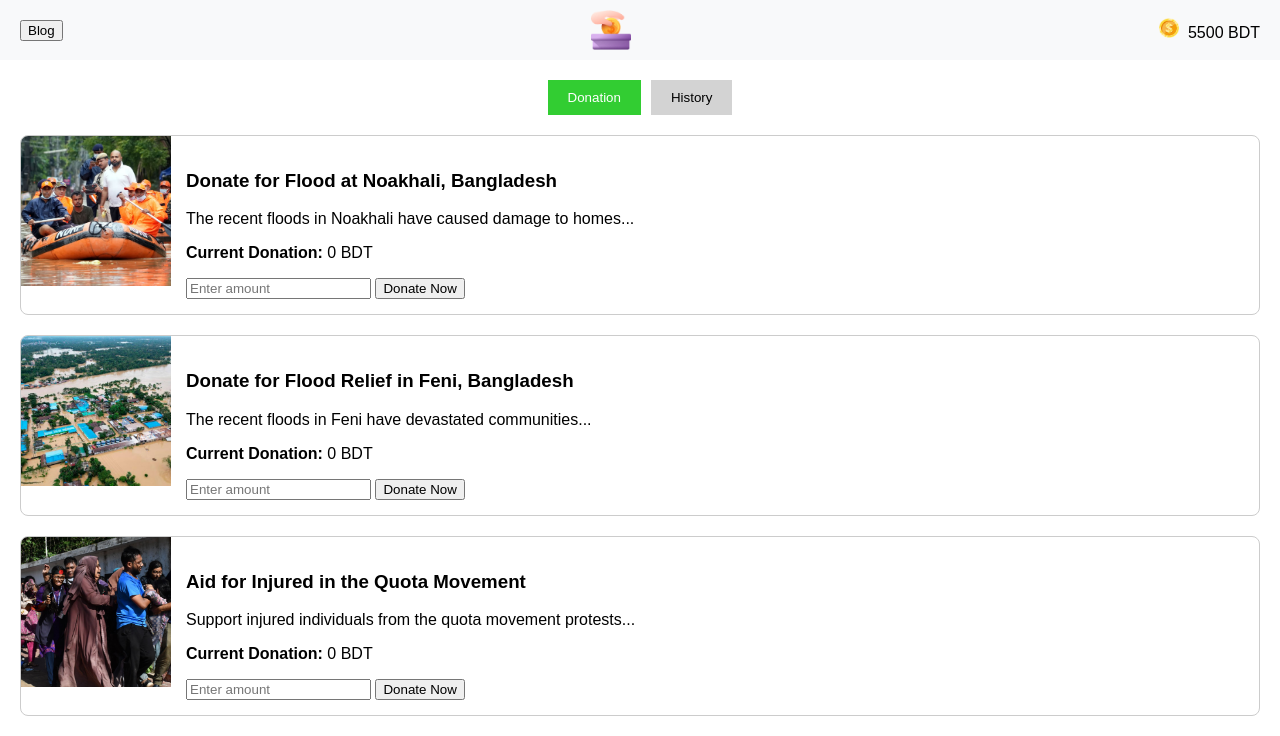
Repository: Aminul-Islam85/Assignment-5
Page: index.html
These files come from the project's save history. The page is drawn as it stood at one moment and after the next save; the edit follows.
The browser window is 1280 px wide. The pictures show the whole page.

Above is the page before, as saved 2024-12-06 18:44:39.

### index.html
<!DOCTYPE html>
<html lang="en">
<head>
  <meta charset="UTF-8">
  <meta name="viewport" content="width=device-width, initial-scale=1.0">
  <title>Donate Bangladesh</title>
  <link rel="stylesheet" href="style.css">
</head>
<body>
  <header class="navbar">
    <button class="btn" id="blog-btn">Blog</button>
    <img src="images/logo.png" alt="Logo" class="logo">
    <div class="balance">
      <img src="images/coin.png" alt="Coin" class="icon">
      <span id="account-balance">5500 BDT</span>
    </div>
  </header>

  <main>
    <div class="tabs">
      <button class="tab-btn active" id="donation-tab">Donation</button>
      <button class="tab-btn" id="history-tab">History</button>
    </div>

    <section id="donation-section">
      <!-- Card 1 -->
      <div class="card">
        <img src="images/noakhali.png" alt="Noakhali" class="card-img">
        <div class="card-content">
          <h3>Donate for Flood at Noakhali, Bangladesh</h3>
          <p>The recent floods in Noakhali have caused damage to homes...</p>
          <p><strong>Current Donation:</strong> <span id="noakhali-donation">0 BDT</span></p>
          <input type="number" id="noakhali-input" placeholder="Enter amount">
          <button class="donate-btn" data-id="noakhali">Donate Now</button>
        </div>
      </div>

      <!-- Card 2 -->
      <div class="card">
        <img src="images/feni.png" alt="Feni" class="card-img">
        <div class="card-content">
          <h3>Donate for Flood Relief in Feni, Bangladesh</h3>
          <p>The recent floods in Feni have devastated communities...</p>
          <p><strong>Current Donation:</strong> <span id="feni-donation">0 BDT</span></p>
          <input type="number" id="feni-input" placeholder="Enter amount">
          <button class="donate-btn" data-id="feni">Donate Now</button>
        </div>
      </div>

      <!-- Card 3 -->
      <div class="card">
        <img src="images/quota-protest.png" alt="Quota Protest" class="card-img">
        <div class="card-content">
          <h3>Aid for Injured in the Quota Movement</h3>
          <p>Support injured individuals from the quota movement protests...</p>
          <p><strong>Current Donation:</strong> <span id="quota-donation">0 BDT</span></p>
          <input type="number" id="quota-input" placeholder="Enter amount">
          <button class="donate-btn" data-id="quota">Donate Now</button>
        </div>
      </div>
    </section>

    <section id="history-section" class="hidden">
      <ul id="history-list"></ul>
    </section>
  </main>

  <div id="modal" class="hidden">
    <div class="modal-content">
      <h2>Congrats!</h2>
      <p>You have donated for humankind successfully.</p>
      <button id="close-modal">Close</button>
    </div>
  </div>

  <script src="script.js" defer></script>
</body>
</html>

### style.css
body {
    font-family: Arial, sans-serif;
    margin: 0;
    padding: 0;
  }

  .navbar {
    display: flex;
    justify-content: space-between;
    align-items: center;
    background: #f8f9fa;
    padding: 10px 20px;
    position: sticky;
    top: 0;
  }

  .logo {
    height: 40px;
  }

  .icon {
    height: 20px;
    margin-right: 5px;
  }

  .tabs {
    display: flex;
    justify-content: center;
    margin: 20px 0;
  }

  .tab-btn {
    margin: 0 5px;
    padding: 10px 20px;
    border: none;
    background: lightgray;
    cursor: pointer;
  }

  .tab-btn.active {
    background: limegreen;
    color: white;
  }

  .card {
    display: flex;
    margin: 20px;
    border: 1px solid #ccc;
    border-radius: 8px;
    overflow: hidden;
  }

  .card-img {
    width: 150px;
    height: 150px;
    object-fit: cover;
  }

  .card-content {
    padding: 15px;
    flex: 1;
  }

  .hidden {
    display: none !important;
  }

  #modal {
    position: fixed;
    top: 0;
    left: 0;
    right: 0;
    bottom: 0;
    background: rgba(0, 0, 0, 0.5);
    display: flex;
    justify-content: center;
    align-items: center;
    z-index: 1000;
  }

  .modal-content {
    background: white;
    padding: 20px;
    text-align: center;
    border-radius: 8px;
  }

### script.js
let accountBalance = 5500;

document.getElementById('donation-tab').addEventListener('click', () => {
  toggleSection('donation');
});

document.getElementById('history-tab').addEventListener('click', () => {
  toggleSection('history');
});

document.querySelectorAll('.donate-btn').forEach(button => {
  button.addEventListener('click', () => {
    const id = button.getAttribute('data-id');
    const input = document.getElementById(`${id}-input`);
    const amount = parseInt(input.value);

    if (isNaN(amount) || amount <= 0) {
      alert('Invalid amount');
      return;
    }

    if (amount > accountBalance) {
      alert('Insufficient balance');
      return;
    }

    accountBalance -= amount;
    document.getElementById('account-balance').textContent = `${accountBalance} BDT`;

    const donation = document.getElementById(`${id}-donation`);
    const currentDonation = parseInt(donation.textContent) || 0;
    donation.textContent = `${currentDonation + amount} BDT`;

    addToHistory(amount, id);

    input.value = '';
    showModal();
  });
});

document.getElementById('close-modal').addEventListener('click', () => {
  const modal = document.getElementById('modal');
  modal.classList.add('hidden');
});

function toggleSection(section) {
  document.getElementById('donation-section').classList.toggle('hidden', section !== 'donation');
  document.getElementById('history-section').classList.toggle('hidden', section !== 'history');
  document.querySelectorAll('.tab-btn').forEach(btn => btn.classList.toggle('active', btn.id.includes(section)));
}

function addToHistory(amount, id) {
  const history = document.getElementById('history-list');
  const item = document.createElement('li');
  const now = new Date();
  const donationName =
    id === 'noakhali' ? 'Flood at Noakhali' :
    id === 'feni' ? 'Flood Relief in Feni' :
    'Aid for Quota Movement';
  item.textContent = `${amount} BDT donated to ${donationName} on ${now.toLocaleString()}`;
  history.appendChild(item);
}

function showModal() {
  document.getElementById('modal').classList.remove('hidden');
}

After the next save:
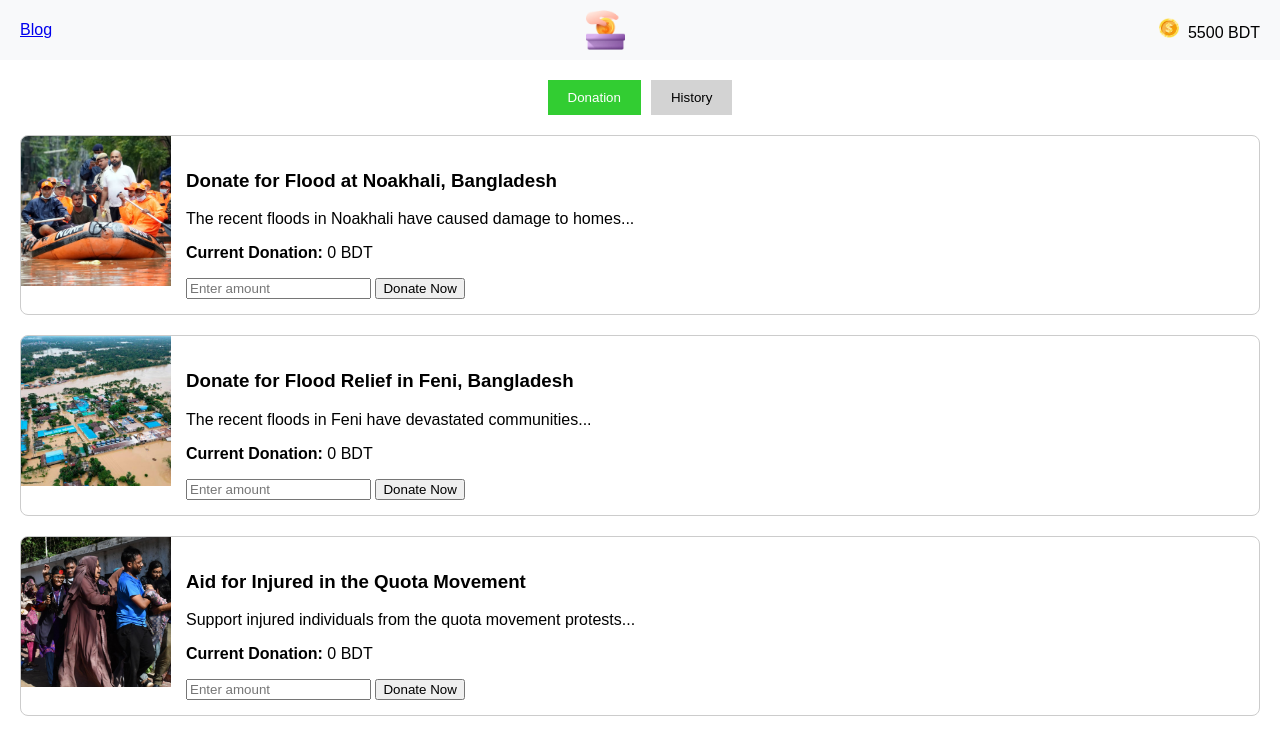
Saved 11 min 22 s later.
--- a/index.html
+++ b/index.html
@@ -8,7 +8,7 @@
 </head>
 <body>
   <header class="navbar">
-    <button class="btn" id="blog-btn">Blog</button>
+    <a href="blog.html" class="btn">Blog</a>
     <img src="images/logo.png" alt="Logo" class="logo">
     <div class="balance">
       <img src="images/coin.png" alt="Coin" class="icon">
